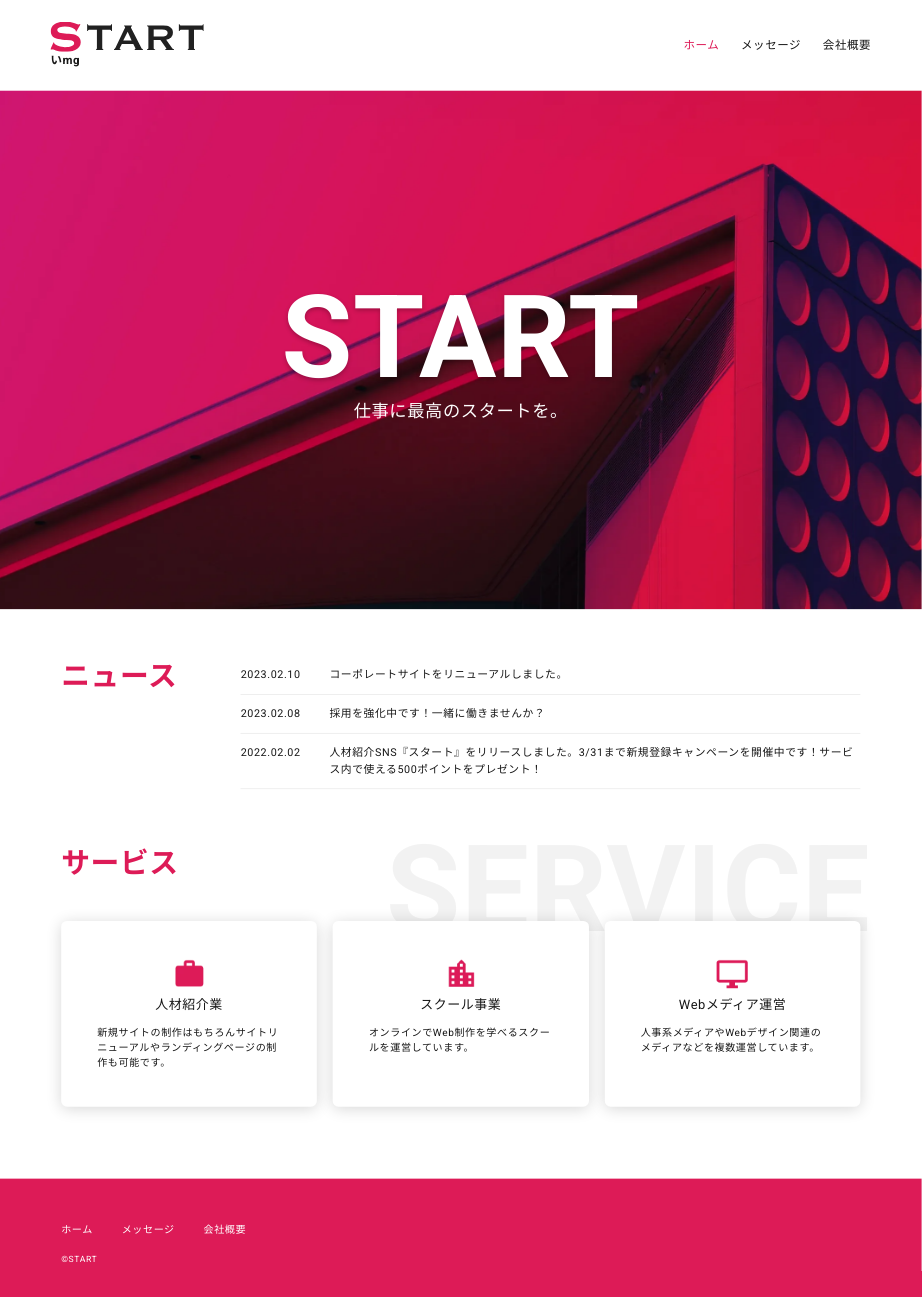
Repository: tetishi/tetishi.github.io
Page: index.html
An editor plug-in stored every save of this project. The page is shown before and after the next save, followed by the edit.
The browser window is 1280 px wide. The pictures show the whole page, at 72% of full size.

Above is the page before, as saved 2023-07-02 21:36:09.

### index.html
<!DOCTYPE html>
<html lang="en">
<head>
    <meta charset="UTF-8">
    <meta http-equiv="X-UA-Compatible" content="IE=edge">
    <meta name="viewport" content="width=device-width, initial-scale=1.0">
    <title>Start</title>
    <!-- <link rel="stylesheet" type="text/css" href="http://yui.yahooapis.com/3.18.1/build/cssreset/cssreset-min.css"> -->
    <link rel="preconnect" href="https://fonts.googleapis.com">
    <link rel="preconnect" href="https://fonts.gstatic.com" crossorigin>
    <link href="https://fonts.googleapis.com/css2?family=Noto+Sans+JP:wght@500;700&family=Roboto:wght@400;700&display=swap" rel="stylesheet">
    <link rel="icon" href="img/favicon.ico">
    <link rel="stylesheet" href="./css/reset.css">
    <link rel="stylesheet" href="./css/style.css">
</head>
<body>
    <header class="header">
        <div class="header-inner">
            <h2 class="nav-title">
                <a href="./index.html">
                    <img src="img/logo.svg" alt="START">
                    いmg
                </a>
            </h2>
            <nav class="header-nav">
                <ul class="header-list">
                    <li class="header-item">
                        <a href="./index.html" class="text-red">ホーム</a>
                    </li>
                    <li class="header-item">
                        <a href="./message.html">メッセージ</a>
                    </li>
                    <li class="header-item">
                        <a href="./company.html">会社概要</a>
                    </li>
                </ul>
            </nav>
            <button class="hamburger-btn">
                <span class="bar bar_top"></span>
                <span class="bar bar_mid"></span>
                <span class="bar bar_bottom"></span>
            </button>
        </div>
    </header>

    <main>
        <!-- fv -->
        <div class="fv">
            <div class="fv_img">
                <picture>
                    <source srcset="./img/fv.webp" type="image/webp">
                    <img src="./img/fv.jpg" alt="STARTの赤いイメージ背景">
                </picture>
            </div>
            <div class="sp_fv_img">
                <picture>
                    <source srcset="./img/sp_fv.webp" type="image/webp">
                    <img src="./img/sp_fv.jpg" alt="STARTの赤いイメージ背景">
                </picture>
            </div>
            <!-- page-title-wrapper -->
            <div class="page-title-wrapper">
                <h1 class="page-title">START</h1>
                <div class="page-title-bottom">仕事に最高のスタートを。</div>
                <!-- /.page-title-bottom -->
            </div>
        </div>

        <!-- news -->
        <section id="news" class="section-wrapper news-wrapper">
            <div class="section-inner news-inner">
                <h2 class="section-title news-title">
                    ニュース
                </h2>
                <div class="news-container">
                    <ul class="news-list">
                        <li class="news-item">
                            <time datetime="2023.02.10">2023.02.10</time>
                            <a href="#news">コーポレートサイトをリニューアルしました。</a>
                        </li>
                        <li class="news-item">
                            <time datetime="2023.02.08">2023.02.08</time>
                            <a href="#news">採用を強化中です！一緒に働きませんか？</a>
                        </li>
                        <li class="news-item">
                            <time datetime="2022.02.02">2022.02.02</time>
                            <a href="#news">人材紹介SNS『スタート』をリリースしました。3/31まで新規登録キャンペーンを開催中です！サービス内で使える500ポイントをプレゼント！</a>
                        </li>
                    </ul>
                </div>
                <!-- /.news-container -->
            </div>
            <!-- /.section-inner -->
        </section>

        <!-- service -->
        <section id="service" class="section-wrapper service-wrapper">
            <div class="section-inner">
                <h2 class="section-title text-right text-white">サービス</h2>
                <h2 class="upper-text text-white">SERVICE</h2>
                <ul class="service-list">
                    <li class="service-item">
                            <picture>
                                <source srcset="./img/bag.webp" type="image/webp">
                                <img src="./img/bag.png" alt="手提げ鞄">
                            </picture>
                            <h3 class="service-item-title">人材紹介業</h3>
                            <p class="service-item-text">
                                新規サイトの制作はもちろんサイトリニューアルやランディングページの制作も可能です。
                            </p>
                    </li>
                    <li class="service-item">
                            <picture>
                                <source srcset="./img/school.webp" type="image/webp">
                                <img src="./img/school.png" alt="スクール">
                            </picture>
                            <h3 class="service-item-title">スクール事業</h3>
                            <p class="service-item-text">
                                オンラインでWeb制作を学べるスクールを運営しています。
                            </p>
                    </li>
                    <li class="service-item">
                            <picture>
                                <source srcset="./img/web.webp" type="image/webp">
                                <img src="./img/web.png" alt="モニター">
                            </picture>
                            <h3 class="service-item-title">Webメディア運営</h3>
                            <p class="service-item-text">
                                人事系メディアやWebデザイン関連のメディアなどを複数運営しています。
                            </p>
                    </li>
                </ul>
            </div>
            <!-- /.section-inner -->
        </section>

    </main>


    <footer class="footer">
        <div class="section-inner">
            <nav class="footer-nav">
                <ul class="footer-nav-list">
                    <li class="footer-nav-item"><a href="./index.html">ホーム</a></li>
                    <li class="footer-nav-item"><a href="./message.html">メッセージ</a></li>
                    <li class="footer-nav-item"><a href="./company.html">会社概要</a></li>
                </ul>
            </nav>
            <small>&copy;START</small>
        </div>
    </footer>

    <script src="https://ajax.googleapis.com/ajax/libs/jquery/3.6.0/jquery.min.js"></script>
    <script src="js/script.js"></script>
</body>
</html>

### css/reset.css
/*
html5doctor.com Reset Stylesheet
v1.6.1
Last Updated: 2010-09-17
Author: Richard Clark - http://richclarkdesign.com
Twitter: @rich_clark
*/

* {
    box-sizing: border-box;
}

html,
body,
div,
span,
object,
iframe,
h1,
h2,
h3,
h4,
h5,
h6,
p,
blockquote,
pre,
abbr,
address,
cite,
code,
del,
dfn,
em,
img,
ins,
kbd,
q,
samp,
small,
strong,
sub,
sup,
var,
b,
i,
dl,
dt,
dd,
ol,
ul,
li,
fieldset,
form,
label,
legend,
table,
caption,
tbody,
tfoot,
thead,
tr,
th,
td,
article,
aside,
canvas,
details,
figcaption,
figure,
footer,
header,
hgroup,
menu,
nav,
section,
summary,
time,
mark,
ruby,
audio,
video {
    margin: 0;
    padding: 0;
    border: 0;
    outline: 0;
    font-size: 100%;
    vertical-align: baseline;
    background: transparent;
}

body {
    line-height: 1.5;
}

img {
    width: 100%;
    height: auto;
    object-fit: cover;
}

button {
    background-color: transparent;
    border: none;
    cursor: pointer;
    outline: none;
    padding: 0;
    appearance: none;
}

article,
aside,
details,
figcaption,
figure,
footer,
header,
hgroup,
menu,
nav,
section {
    display: block;
}

nav ul {
    list-style: none;
}

li {
    list-style: none;
}

a {
    margin: 0;
    padding: 0;
    font-size: 100%;
    vertical-align: baseline;
    background: transparent;
}

input,
select {
    vertical-align: middle;
}

/*end reset css*/

### css/style.css
/* base */

html {
    font-size: 62.5%;
}
body {
    font-size: 1.6rem;
    letter-spacing: .05em;
    color: #171717;
    font-family: "Roboto", "Noto Sans JP", Arial, "Hiragino Kaku Gothic ProN", "Hiragino Sans", Meiryo, sans-serif;
}
img {
    vertical-align: bottom;
}
.section-inner {
    max-width: 1110px;
    margin: 0 auto;
}
.section-title {
    font-size: 4rem;
    color: #DD1B57;
    margin-bottom: 49px;
    /* width: 25%; */
    white-space: nowrap;
}
a {
    color: inherit;
    text-decoration: none;
}

.text-red {
    color: #DD1B57;
}

/* header */
.header {
    padding: 30px 70px;
    width: 100%;
}

.header a {
    text-decoration: none;
}
.header-inner {
    display: flex;
    justify-content: space-between;
    align-items: center;
}
.header-list {
    display: flex;
}
.header-item {
    margin-right: 30px;
}
.header-item:last-of-type {
    margin-right: 0;
}
.hamburger-btn {
    display: none;
}

/* fv */
.fv {
    height: 100vh;
    min-height: 550px;
    position: relative;
}
.fv img {
    height: 100vh;
    min-height: 550px;
    object-fit: cover;
}
.sp_fv_img {
    display: none;
}
.page-title-wrapper {
    position: absolute;
    left: 50%;
    top: 50%;
    color: #fff;
    transform: translate(-50%,-50%);
    line-height: 1;
}
.page-title {
    font-size: 16rem;
    font-weight: bold;
    margin-bottom: 10px;
    text-shadow: 0 4px 6px rgb(0 0 0 / 25%);
}
.page-title-bottom {
    font-size: 24px;
    text-align: center;
}

/* news */
.news-wrapper {
    margin: 64px 0 74px 0;
}
.news-inner {
    display: flex;
    column-gap: 88px;
}
.news-item {
    padding: 15px 0 16px 0;
    border-bottom: 1px solid #E8E8E8;
    display: flex;
    font-size: 1.5rem;
}
.news-item a {
    margin-left: 40px;
}

/* service */
.service-wrapper {
    margin-bottom: 100px;
}
.service-wrapper .section-inner {
    position: relative;
}
.upper-text {
    position: absolute;
    right: -14px;
    top: -60px;
    font-size: 16.8rem;
    font-weight: bold;
    color: #171717;
    margin: 0 auto;
    opacity: .05;
    z-index: 0;
}
.service-list {
    display: flex;
    justify-content: space-between;
    position: relative;
    z-index: 1;
}
.service-item {
    width: 32%;
    background-color: #fff;
    box-shadow: 0 3px 21px rgba(0, 0, 0, .16);
    border-radius: 8px;
}
.service-item img {
    width: 48px;
    display: block;
    margin: 0 auto;
    padding-top: 50px;
}
.service-item-title {
    text-align: center;
    font-size: 1.8rem;
    font-weight: normal;
    margin-top: 5px;
}
.service-item-text {
    padding: 15px 50px 50px 50px;
    font-size: 1.4rem;
}

/* footer */
.footer {
    background-color: #DD1B57;
    color: #fff;
    height: 164px;
}
.footer-nav-list {
    display: flex;
    font-size: 1.4rem;
    padding: 61px 0 17px;
}
.footer-nav-item {
    margin-right: 40px;
}
small {
    font-size: 1.2rem;
    margin-bottom: 50px;
}

@media screen and (max-width: 768px) {
    /* base_sp */
    .section-inner {
        padding: 0 20px;
    }
    .section-title {
        font-size: 3.2rem;
        margin-bottom: 19px;
        width: 100%;
    }

    /* header_sp */
    .header {
        padding: 0;
        z-index: 1;
        position: relative;
    }
    .nav-title {
        padding: 22px 20px;
    }
    .header-nav {
        display: none;
        position: fixed;
        top: 0;
        right: 0;
        width: 50%;
        height: 100vh;
        background-color: #DD1B57;
    }
    .header-list {
        height: 100%;
        flex-direction: column;
        padding: 96px 0 0 40px;
    }
    .text-red {
        color: #fff;
        opacity: .5;
    }
    .header-item {
        margin: 0 0 27px;
        color: #fff;
    }
    .header-item:last-of-type {
        margin-bottom: 0;
    }
    .hamburger-btn {
        display: block;
        background-color: #DD1B57;
        padding: 26px 16px;
        width: 60px;
    }
    .hamburger-btn .bar {
        display: block;
        width: 26px;
        height: 3px;
        background-color: #fff;
        transition: .3s;
    }
    .bar_mid,
    .bar_bottom {
        margin-top: 8px;
    }
    .hamburger-btn.cross .bar_top {
        transform: rotate(45deg) translate(8px, 8px);
        transition: .3s;
    }
    .hamburger-btn.cross .bar_middle {
        opacity: 0;
        transition: .3s;
    }
    .hamburger-btn.cross .bar_bottom {
        transform: rotate(-45deg) translate(8px, -8px);
        transition: .3s;
    }
    body.noscroll {
        overflow: hidden;
    }

    /* fv_sp */
    .fv_img {
        display: none;
    }
    .sp_fv_img {
        display: block;
    }
    .page-title {
        font-size: 8rem;
        font-weight: bold;
    }
    .page-title-bottom {
        font-size: 2rem;
    }

    /* news_sp */
    .news-wrapper {
        margin: 33px 0 58px 0;
    }
    .news-inner {
        display: block;
    }
    .news-item {
        flex-flow: column;
        padding: 20px 0 16px 0;
    }
    .news-item:first-child {
        padding: 0 0 16px 0;
    }
    .news-item a {
        margin-left: 0px;
        margin-top: 7px;
    }

    /* service_sp */
    .service-wrapper {
        margin-bottom: 60px;
    }
    .upper-text {
        right: 4px;
        top: -5px;
        font-size: 7rem;
    }
    .service-list {
        display: block;
    }
    .service-item {
        width: 100%;
        margin-bottom: 20px;
    }
    .service-item img {
        width: 60px;
        padding-top: 40px;
    }
    .service-item-title {
        margin-top: 7px;
    }
    .service-item-text {
        padding: 10px 30px 40px 30px;
    }

    /* footer_sp */
    .footer {
        height: 120px;
    }
    .footer-nav-list {
        font-size: 1.2rem;
        padding: 41px 0 19px;
    }
    .footer-nav-item {
        margin-right: 25px;
    }
    small {
        font-size: 1rem;
        margin-bottom: 29px;
    }
}

### js/script.js
//ハンバーガーボタン
$('.hamburger-btn').on('click', function() {
    $('.header-nav').fadeToggle(300);
    $(this).toggleClass('cross');
    $('body').toggleClass('noscroll');
});

After the next save:
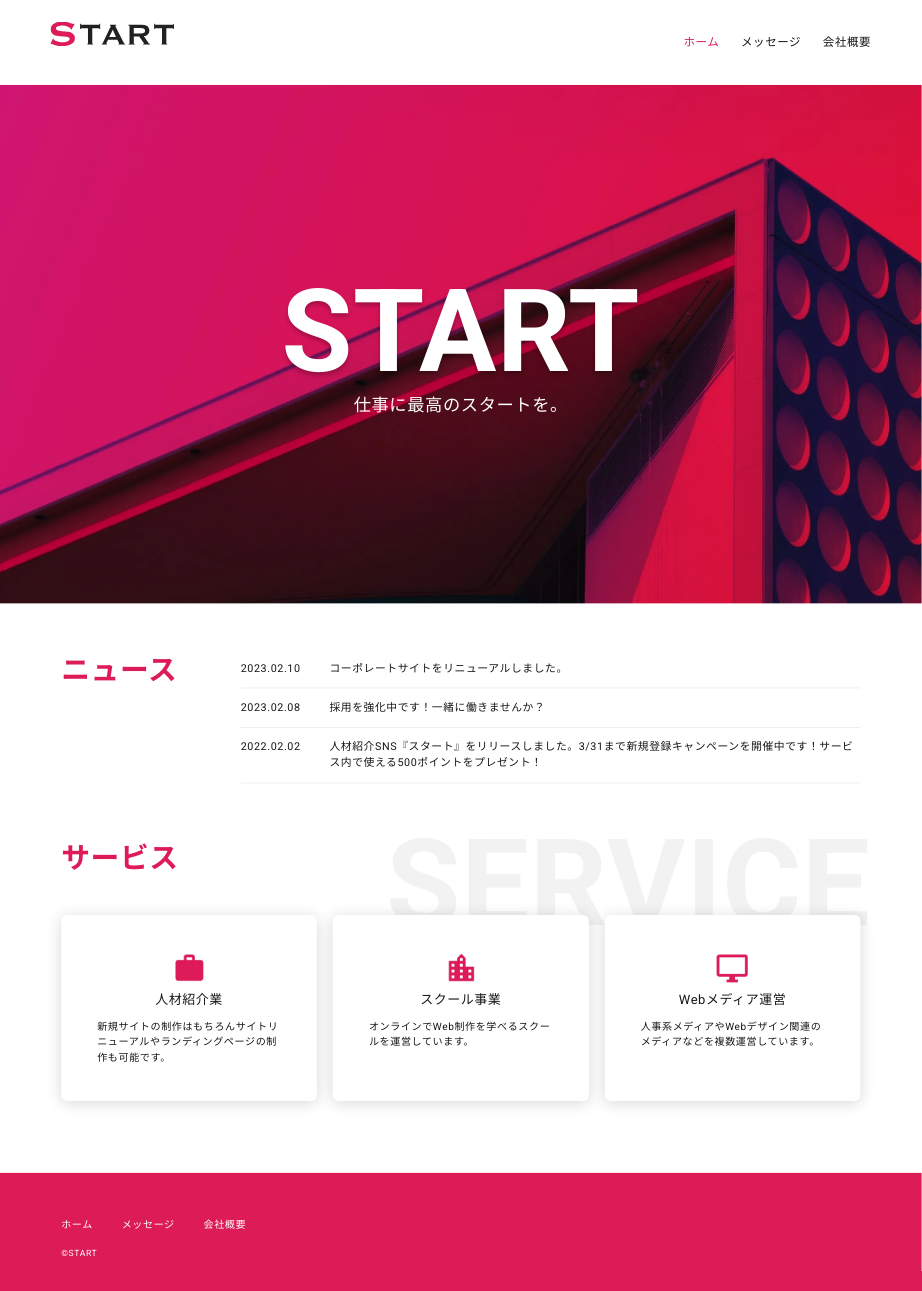
Saved 4 s later.
--- a/index.html
+++ b/index.html
@@ -19,7 +19,7 @@
             <h2 class="nav-title">
                 <a href="./index.html">
                     <img src="img/logo.svg" alt="START">
-                    いmg
+                    <img src="" alt="">
                 </a>
             </h2>
             <nav class="header-nav">
